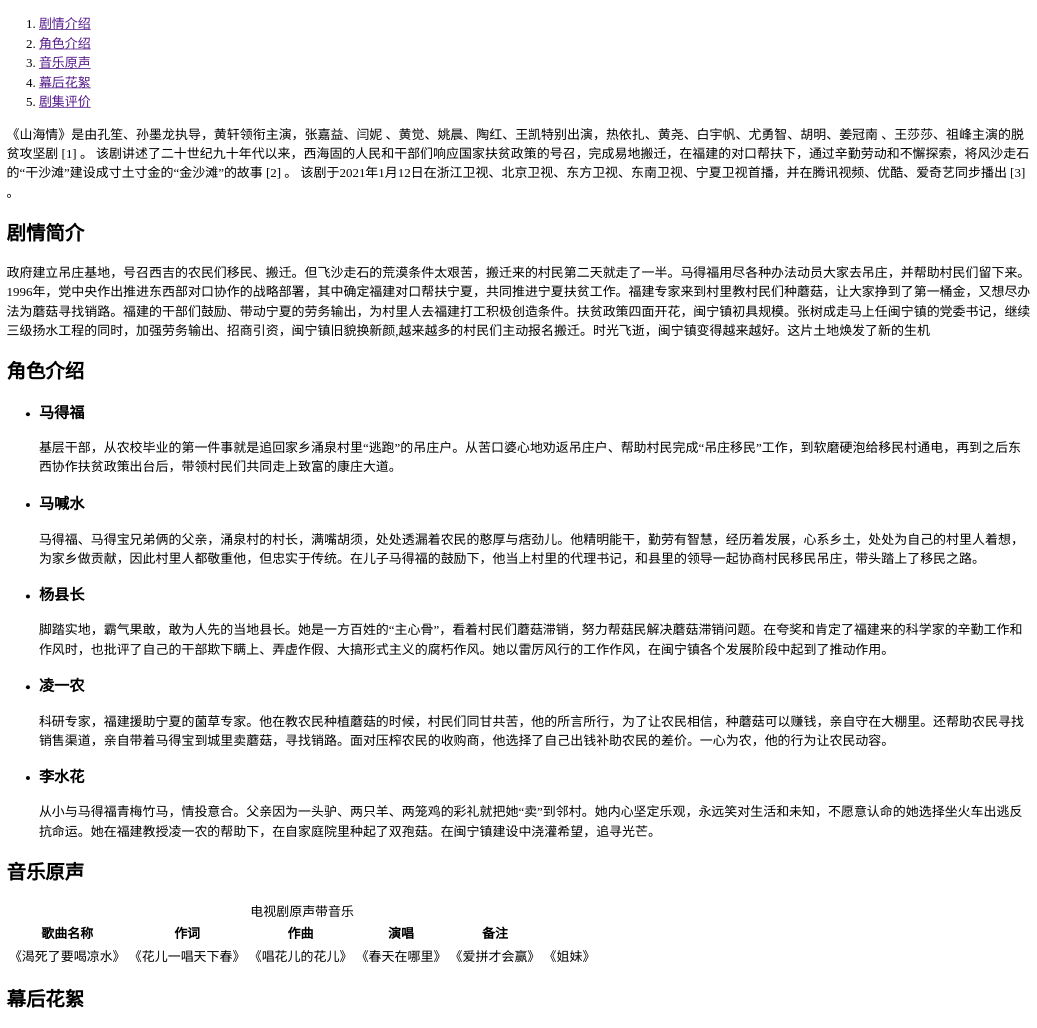
Repository: Lixianlai-2/static-website
Page: index.html
An editor plug-in stored every save of this project. The page is shown before and after the next save, followed by the edit.
The browser window is 1280 px wide. The pictures show the whole page, at 81% of full size.

Above is the page before, as saved 2021-11-29 23:40:39.

After the next save:
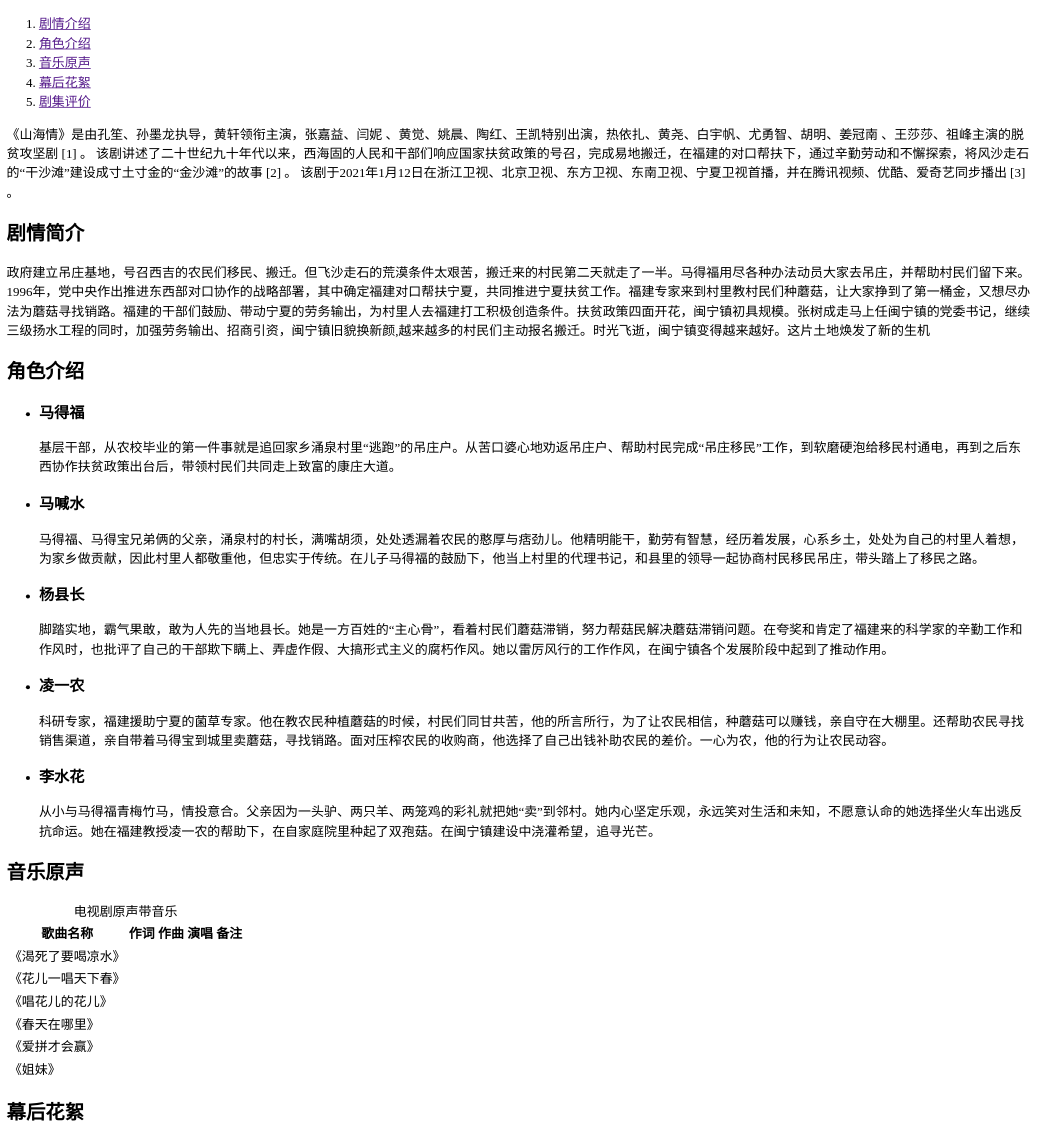
Saved 111 s later.
--- a/index.html
+++ b/index.html
@@ -91,12 +91,24 @@
         </tr>
       </thead>
       <tbody>
-        <td>《渴死了要喝凉水》</td>
-        <td>《花儿一唱天下春》</td>
-        <td>《唱花儿的花儿》</td>
-        <td>《春天在哪里》</td>
-        <td>《爱拼才会赢》</td>
-        <td>《姐妹》</td>
+        <tr>
+          <td>《渴死了要喝凉水》</td>
+        </tr>
+        <tr>
+          <td>《花儿一唱天下春》</td>
+        </tr>
+        <tr>
+          <td>《唱花儿的花儿》</td>
+        </tr>
+        <tr>
+          <td>《春天在哪里》</td>
+        </tr>
+        <tr>
+          <td>《爱拼才会赢》</td>
+        </tr>
+        <tr>
+          <td>《姐妹》</td>
+        </tr>
       </tbody>
       <tfoot></tfoot>
     </table>
